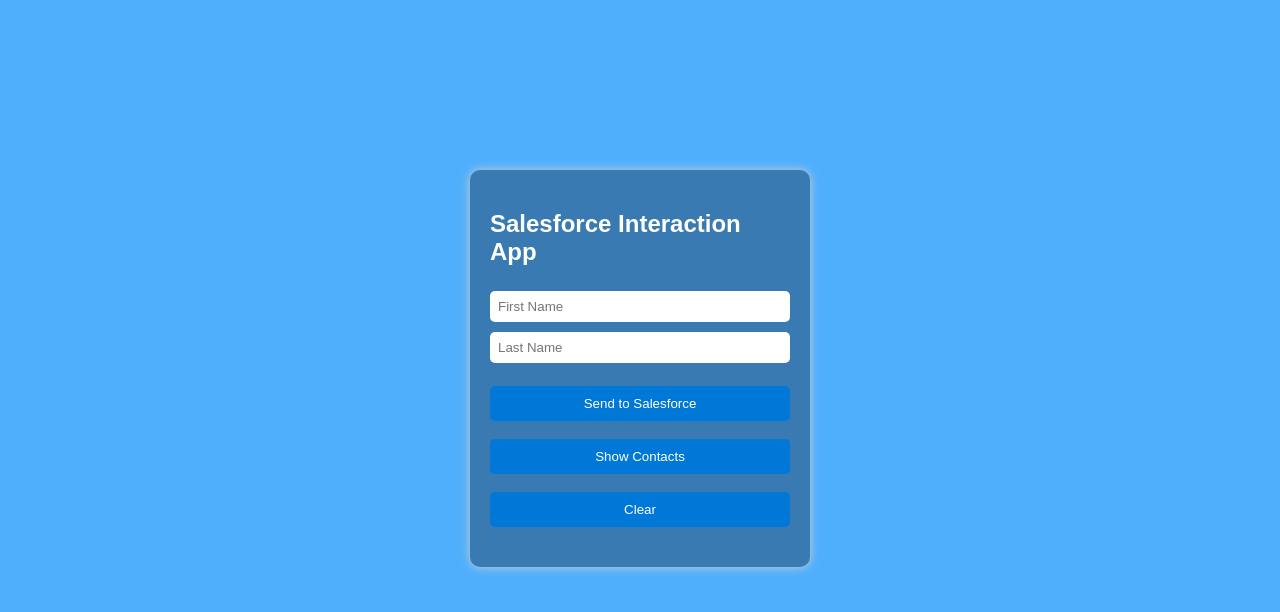
Repository: PamodaW/SalesforceSync
Page: Client/index.html
These files come from the project's save history. The page is drawn as it stood at one moment and after a run of saves; the edit follows.
The browser window is 1280 px wide. The pictures show the whole page.

Above is the page before, as saved 2024-11-20 15:40:02.

### Client/index.html
<!DOCTYPE html>
<html lang="en">
<head>
    <meta charset="UTF-8">
    <meta name="viewport" content="width=device-width, initial-scale=1.0">
    <link rel="stylesheet" href="style.css">
    <title>Salesforce Web App</title>
</head>
<body>
    <div class="Clouds"></div>
    <div class="Clouds"></div>
    <div class="Clouds"></div>
    <div class="container">
        <h2>Salesforce Interaction App</h2>
        <form id="salesforceForm">
            <input type="text" id="firstName" placeholder="First Name" required>
            <input type="text" id="lastName" placeholder="Last Name" required>
            <br/><br>
            <button type="button" onclick="createRecord()">Send to Salesforce</button>
        </form>
        <br/>
        <button onclick="fetchRecords()">Show Contacts</button>
        <br/><br>
        <button onclick="ClearArea()">Clear</button>
        <div id="output"></div>
    </div>
    <script src="script.js"></script>
</body>
</html>

### Client/style.css
body {
    font-family: Arial, sans-serif;
    background-color: #50affd;
}

.container {
    width: 300px;
    margin: 50px auto;
    padding: 20px;
    background: white;
    border-radius: 10px;
    box-shadow: 0 0 10px #ccc;
    background-color: rgba(0, 0, 0, 0.3); /* 30% transparent black background */
    color: #ffffff; /* Text color remains opaque */
    margin-top: 4.5cm;
}

input {
    width: 100%;
    padding: 8px;
    margin: 5px 0;
    box-sizing: border-box;
    border: none;
    border-radius: 5px;
}

button {
    width: 100%;
    padding: 10px;
    background: #0078d7;
    color: white;
    border: none;
    border-radius: 5px;
    cursor: pointer;
}

button:hover {
    background: #0056a6;
}

#output {
    margin-top: 20px;
}

### Client/script.js
const consumerKey = "3MVG9DREgiBqN9Wn1tmI.eQb32fXpKrWsCOiPp9anMP.XOEs3Rv7Ic_w7Q17wlZtloetkekoWTk5wvuYA8eFB";
const consumerSecret = "A0E8A1E3413392B2C6332CBA430EEA0D6A9BF24CEB56DDAEEF33126583276774";
const username = "pamodaw@gmail.com";
const password = "Pamzi2020yBm8RGuqKhuSUMUayOxBCQAk";

let accessToken = "";

async function authenticate() {
    try {
        const response = await fetch('http://localhost:3000/authenticate', {
            method: 'POST',
            headers: {
                'Content-Type': 'application/json',
            },
        });

        const data = await response.json();
        if (data.access_token) {
            accessToken = data.access_token;
            instanceUrl = data.instance_url;
            console.log('Authenticated successfully');
        } else {
            console.error('Authentication failed', data);
            alert("Authentication failed: " + JSON.stringify(data));
        }
    } catch (error) {
        console.error('Error during authentication', error);
    }
}


// Step 2: Create a Record in Salesforce
// Assuming the accessToken and instanceUrl are set after authentication

async function createRecord() {
    if (!accessToken || !instanceUrl) {
        await authenticate();
    }

    if (accessToken && instanceUrl) {
        const firstName = document.getElementById("firstName").value;
        const lastName = document.getElementById("lastName").value;

        const newContact = {
            FirstName: firstName,
            LastName: lastName,
        };

        try {
            const response = await fetch('http://localhost:3000/createContact', {  // Matches the server port
                method: 'POST',
                headers: {
                    'Content-Type': 'application/json',
                },
                body: JSON.stringify({
                    accessToken: accessToken,
                    instanceUrl: instanceUrl,
                    contactData: newContact,
                }),
            });

            const data = await response.json();

            if (data.id) {
                console.log('Contact created successfully', data);
                alert(`Contact created successfully: ${data.id}`);
            } else {
                console.error('Failed to create contact', data);
                alert("Failed to create contact: " + JSON.stringify(data));
            }
        } catch (error) {
            console.error('Error during contact creation', error);
        }
    } else {
        console.error('Authentication failed. Cannot create record.');
    }
}



// Step 3: Fetch Records from Salesforce
async function fetchRecords() {
    if (!accessToken || !instanceUrl) {
        await authenticate();
    }

    if (accessToken && instanceUrl) {
        try {
            const response = await fetch('http://localhost:3000/getContacts', {
                method: 'POST',
                headers: {
                    'Content-Type': 'application/json',
                },
                body: JSON.stringify({
                    accessToken: accessToken,
                    instanceUrl: instanceUrl,
                }),
            });

            const contacts = await response.json();

            if (Array.isArray(contacts)) {
                console.log('Contacts fetched successfully:', contacts);
                let output = "<h3>Fetched Contacts:</h3>";
                contacts.forEach(contact => {
                    output += `<p>${contact.FirstName} ${contact.LastName}</p>`;
                });
                document.getElementById('output').innerHTML = output;
            } else {
                console.error('Failed to fetch contacts', contacts);
                alert("Failed to fetch contacts: " + JSON.stringify(contacts));
            }
        } catch (error) {
            console.error('Error during contact fetch', error);
        }
    } else {
        console.error('Authentication failed. Cannot fetch contacts.');
    }
}

//clear the Area
async function ClearArea(){
    document.getElementById('output')
            .innerHTML = "";
}

After the next 2 saves:
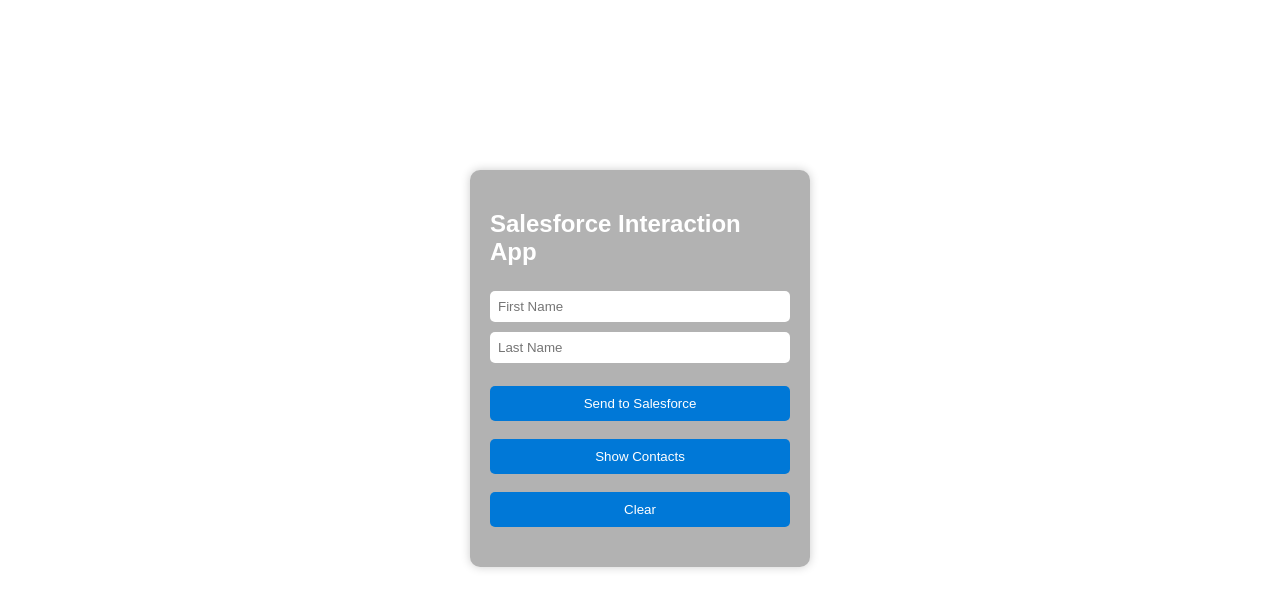
The 2 saves are shown as one change because they came seconds apart.
The last was saved 3 min 3 s later.
--- a/Client/style.css
+++ b/Client/style.css
@@ -1,6 +1,6 @@
 body {
     font-family: Arial, sans-serif;
-    background-color: #50affd;
+    background-image: ;
 }
 
 .container {
